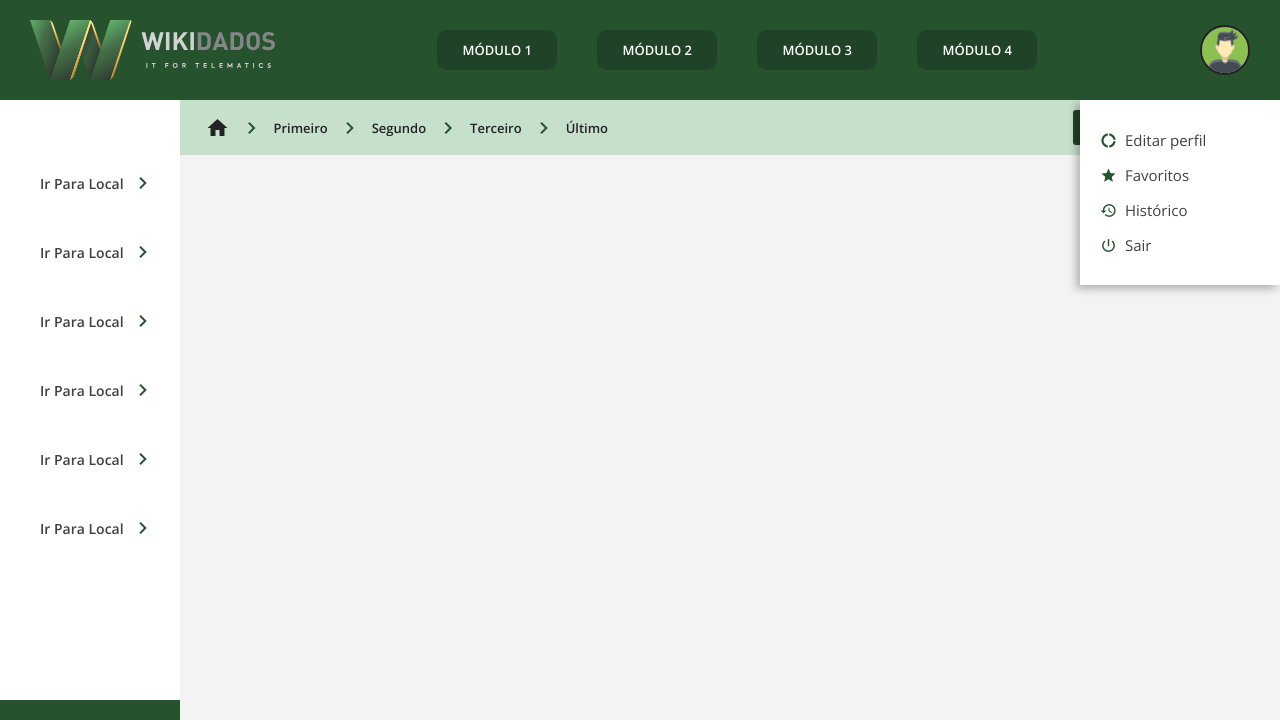
Repository: AlexDjon/alexdjon.github.io
Page: wiki-relayout/index.html
These files come from the project's save history. The page is drawn as it stood at one moment and after the next save; the edit follows.
The browser window is 1280 px wide. The pictures show the whole page.
After loading, the first visible `button.user` was clicked once.

Above is the page before, as saved 2020-08-12 16:03:05.

After the next save:
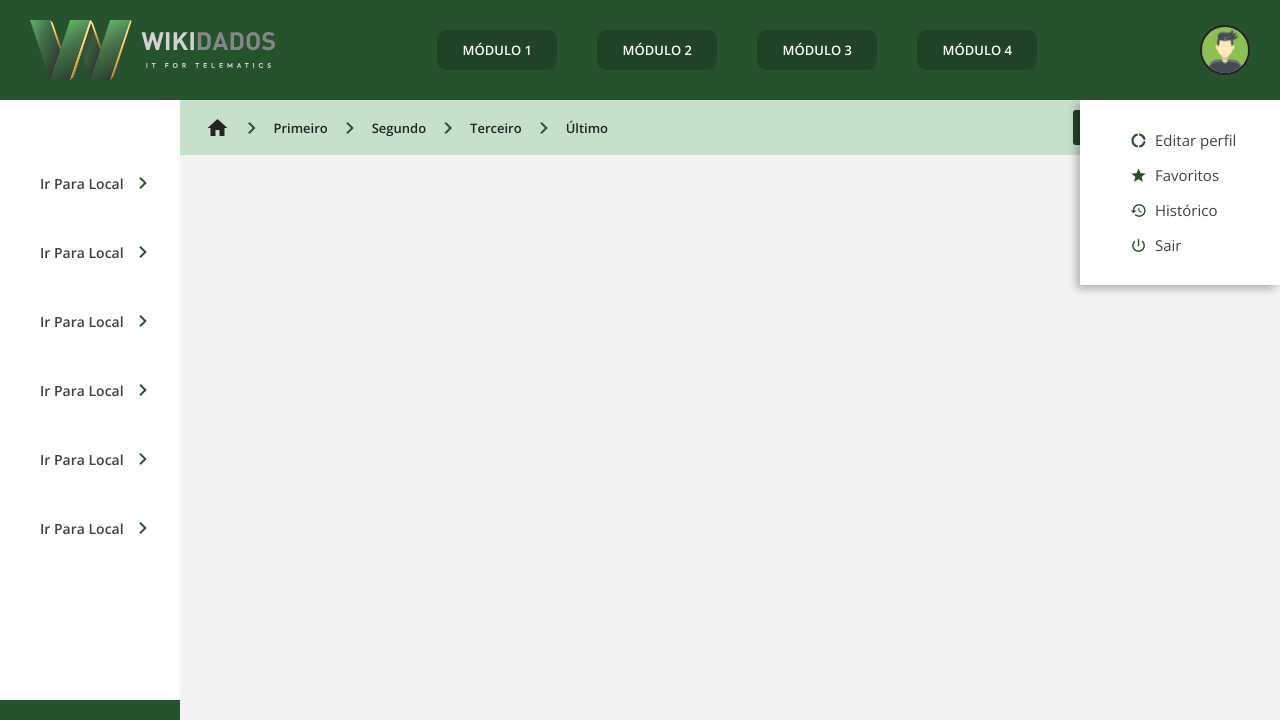
Saved 7 s later.
--- a/wiki-relayout/css/styles.css
+++ b/wiki-relayout/css/styles.css
@@ -86,8 +86,7 @@ body {
 }
 .areas ul {
   list-style: none;
-  padding: 15px 20px;
-  align-items: flex-end;
+  padding: 15px 20px 15px 50px;
 }
 .areas ul li {
   margin: 15px 0;
